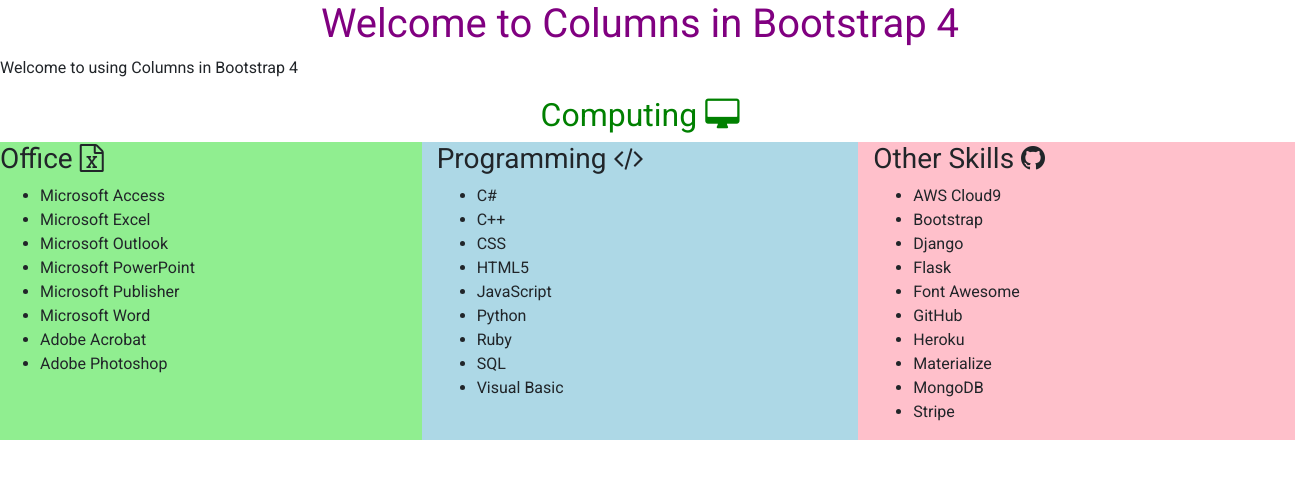
Repository: derektypist/columns-in-bootstrap-4
Page: index.html
The author's editor kept a record of every edit. The page is drawn from the files as they stood at one moment, then again after the next edit.
The browser window is 1280 px wide. The page is 1295 px wide, so the pictures cover 1295 px, including what lies to the right of the window. The pictures show the whole page.

Above is the page before.

### index.html
<!DOCTYPE html>
<html lang="en">

<head>
    <meta charset="UTF-8">
    <meta name="viewport" content="width=device-width, initial-scale=1.0">
    <meta http-equiv="X-UA-Compatible" content="ie=edge">
    <title>Columns in Bootstrap 4</title>
    <!-- Load Style Sheets -->
    <link rel="stylesheet" href="https://maxcdn.bootstrapcdn.com/bootstrap/4.3.1/css/bootstrap.min.css" integrity="sha384-ggOyR0iXCbMQv3Xipma34MD+dH/1fQ784/j6cY/iJTQUOhcWr7x9JvoRxT2MZw1T" crossorigin="anonymous">
    <link rel="stylesheet" href="https://maxcdn.bootstrapcdn.com/font-awesome/4.7.0/css/font-awesome.min.css" type="text/css" />
    <link href="https://fonts.googleapis.com/css?family=Roboto&display=swap" rel="stylesheet">
    <link href="style.css" rel="stylesheet">
</head>

<body>
    <!-- Apply Header -->
    <header>
        <h1>Welcome to Columns in Bootstrap 4</h1>
        <p>Welcome to using Columns in Bootstrap 4</p>
    </header>

    <!-- Apply Sections -->
    <section>
        <h2>Computing <i class="fa fa-desktop" aria-hidden="true"></i></h2>

        <!-- Set Up Row -->
        <article class="row">
            <!-- Set Up Article for Office -->
            <article class="col-sm-4 office">
                <h3>Office <i class="fa fa-file-excel-o" aria-hidden="true"></i></h3>
                <ul>
                    <li>Microsoft Access</li>
                    <li>Microsoft Excel</li>
                    <li>Microsoft Outlook</li>
                    <li>Microsoft PowerPoint</li>
                    <li>Microsoft Publisher</li>
                    <li>Microsoft Word</li>
                    <li>Adobe Acrobat</li>
                    <li>Adobe Photoshop</li>
                </ul>
            </article>

            <!-- Set Up Article for Programming -->
            <article class="col-sm-4 programming">
                <h3>Programming <i class="fa fa-code" aria-hidden="true"></i></h3>
                <ul>
                    <li>C#</li>
                    <li>C++</li>
                    <li>CSS</li>
                    <li>HTML5</li>
                    <li>JavaScript</li>
                    <li>Python</li>
                    <li>Ruby</li>
                    <li>SQL</li>
                    <li>Visual Basic</li>
                </ul>
            </article>

            <!-- Set Up Article for Other Skills -->
            <article class="col-sm-4 otherskills">
                <h3>Other Skills <i class="fa fa-github" aria-hidden="true"></i></h3>
                <ul>
                    <li>AWS Cloud9</li>
                    <li>Bootstrap</li>
                    <li>Django</li>
                    <li>Flask</li>
                    <li>Font Awesome</li>
                    <li>GitHub</li>
                    <li>Heroku</li>
                    <li>Materialize</li>
                    <li>MongoDB</li>
                    <li>Stripe</li>
                </ul>
            </article>
        </article>
    </section>

</body>

</html>

### style.css
/* Body */

body {
    font-family: "Roboto", Arial, Verdana, sans-serif;
}

/* Header */

h1 {
    color: purple;
    text-align: center;
}

#myheader p {
    color: blue;
    text-align: center;
}

/* Section */

h2 {
    color: green;
    text-align: center;
}

/* Office */

.office {
    background-color: lightgreen;
}

/* Programming */

.programming {
    background-color: lightblue;
}

/* Other Skills */

.otherskills {
    background-color: pink;
}

After the next edit:
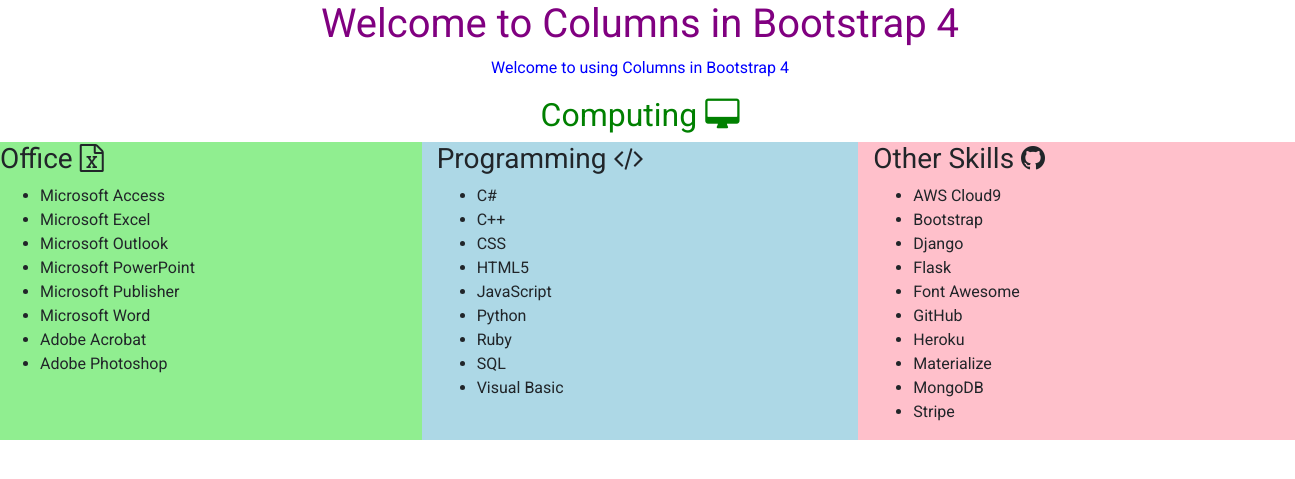
The edit:
--- a/style.css
+++ b/style.css
@@ -11,7 +11,7 @@
     text-align: center;
 }
 
-#myheader p {
+header p {
     color: blue;
     text-align: center;
 }
